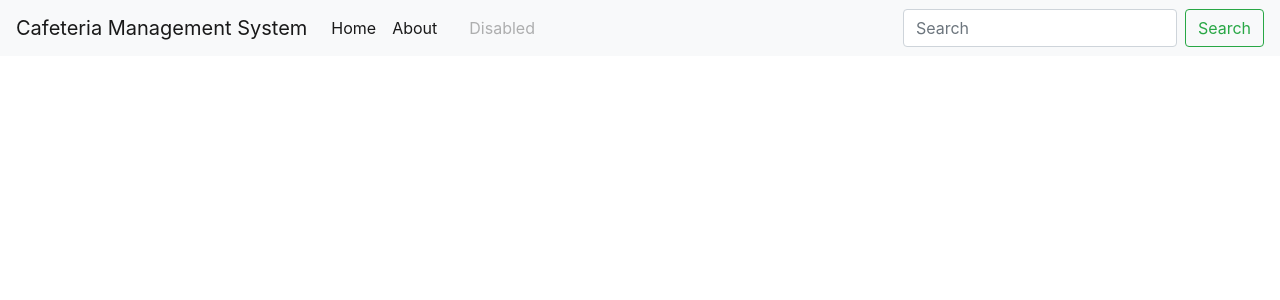
Repository: OsamaRaees/Trivia
Page: http://localhost/Trivia/
An editor plug-in stored every save of this project. The page is shown before and after the next save, followed by the edit.
The browser window is 1280 px wide. The pictures show the whole page.
The page is served by Tomcat 9.

Above is the page before, as saved 2019-04-05 04:40:01.

After the next save:
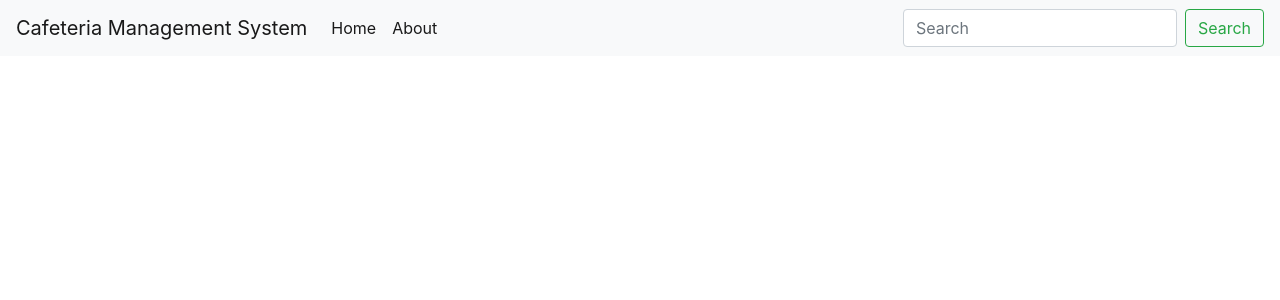
Saved 20 s later.
--- a/Trivia/WebContent/Main.jsp
+++ b/Trivia/WebContent/Main.jsp
@@ -29,9 +29,7 @@
         <a class="nav-link" href="#"></a>
       </li>
 
-      <li class="nav-item">
-        <a class="nav-link disabled" href="#" tabindex="-1" aria-disabled="true">Disabled</a>
-      </li>
+
     </ul>
     <form class="form-inline my-2 my-lg-0">
       <input class="form-control mr-sm-2" type="search" placeholder="Search" aria-label="Search">
